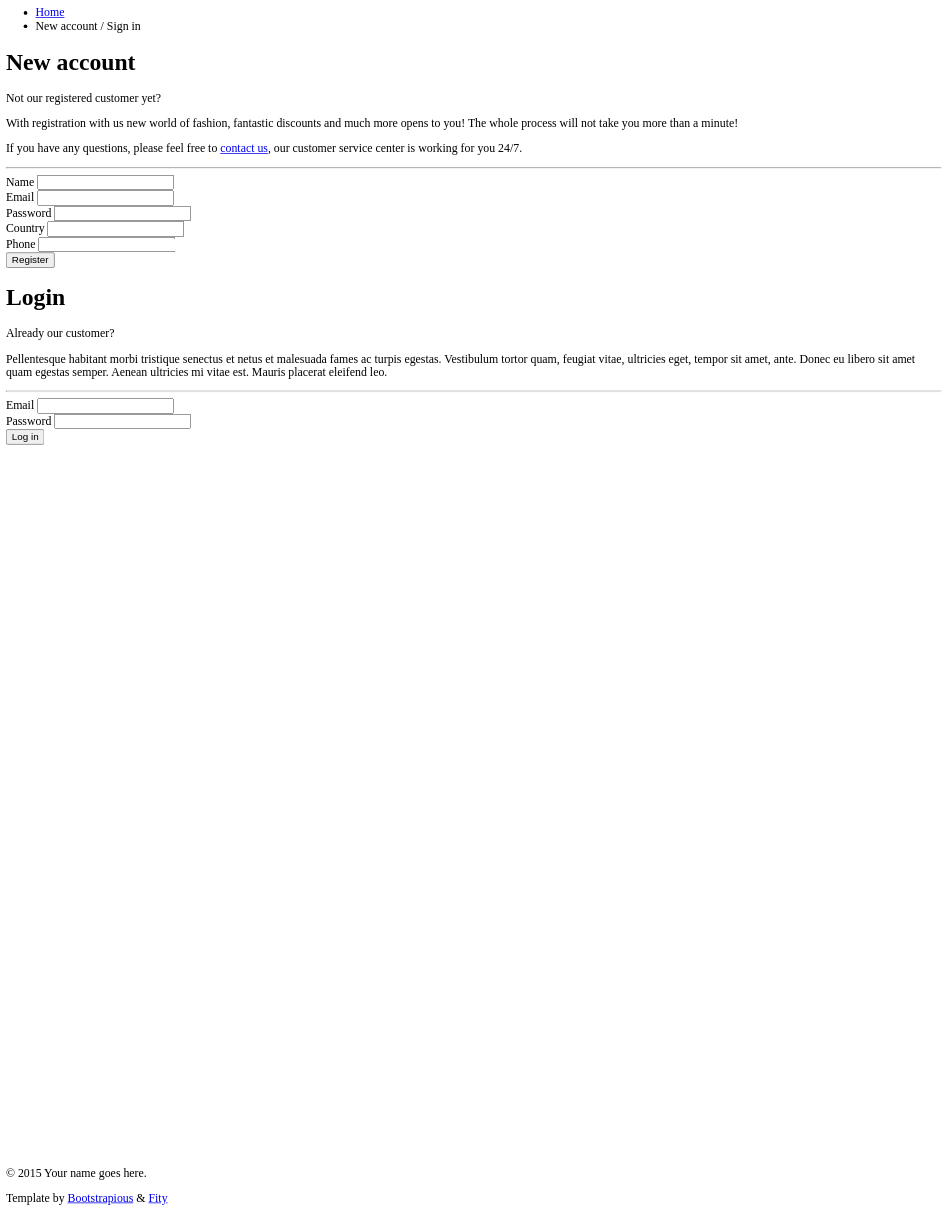
Repository: Sagnikb9/JavaDevops-Ecommerce
Page: http://localhost/MedioxyPharm/register
These files come from the project's save history. The page is drawn as it stood at one moment and after the next save; the edit follows.
The browser window is 1280 px wide. The pictures show the whole page, at 74% of full size.
The page is served by Tomcat 9.

Above is the page before, as saved 2017-10-01 23:02:52.

After the next save:
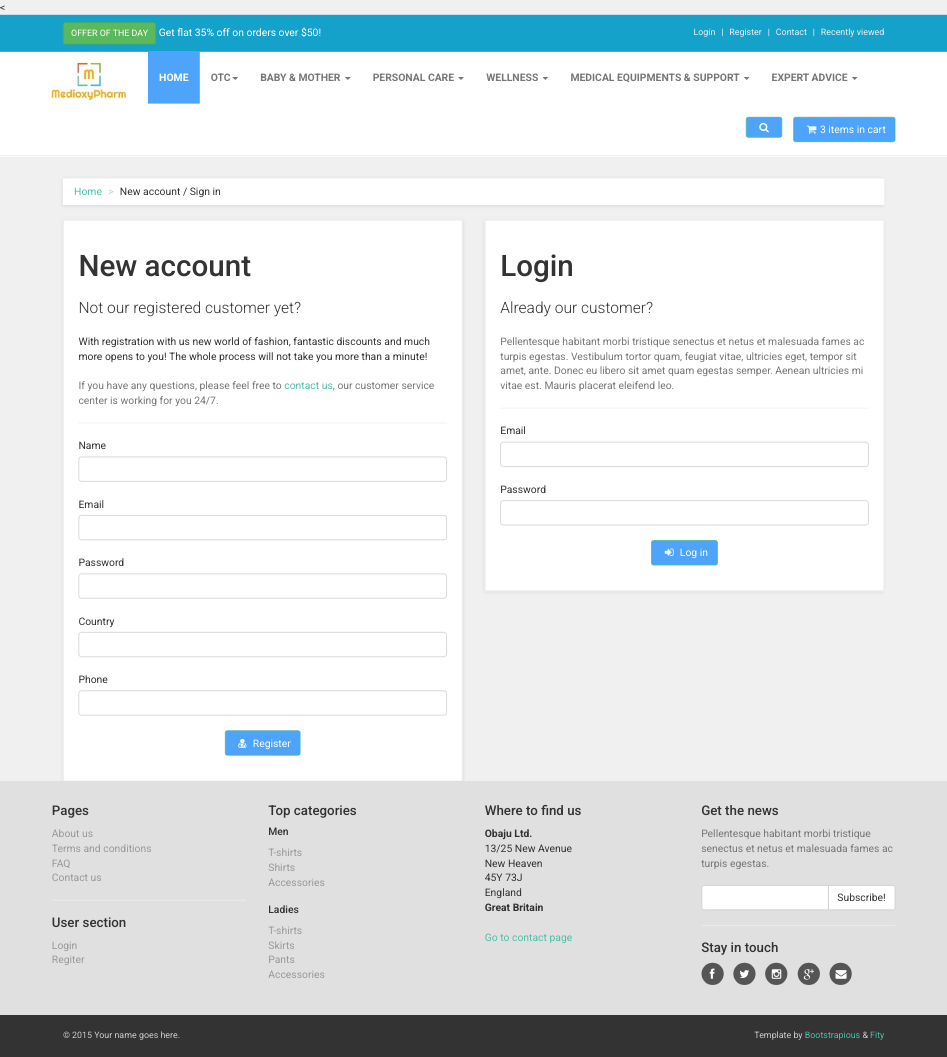
Saved 42 s later.
--- a/MedioxyPharm/src/main/webapp/WEB-INF/views/register.jsp
+++ b/MedioxyPharm/src/main/webapp/WEB-INF/views/register.jsp
@@ -1,5 +1,5 @@
 
-
+<<jsp:include page="header.jsp"></jsp:include>
     <div id="all">
 
         <div id="content">
